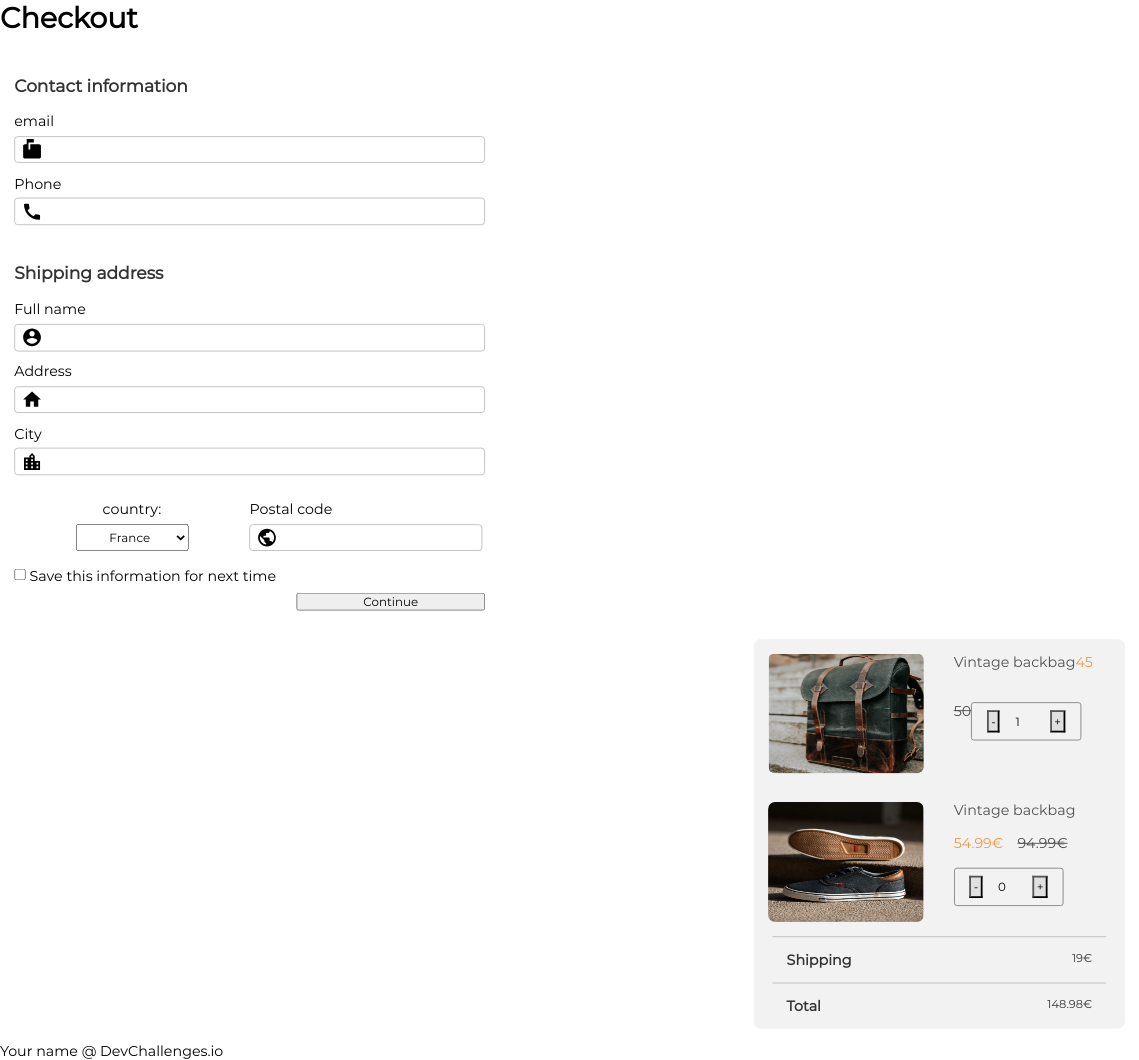
Repository: dubar-jeremy/checkout-page-master
Page: index.html
The author's editor kept a copy of each file at every save. The page is drawn from the files as they stood at one save, then again after the next save.
The browser window is 1280 px wide. The pictures show the whole page, at 89% of full size.
The style sheet was rebuilt from its Sass, Less or Tailwind sources for each picture, by a compiler version that may differ from the author's.

Above is the page before, as saved 2021-02-06 00:06:00.

### index.html
<!doctype html>
<html lang="fr">
<head>
  <meta charset="UTF-8">
  <meta name="viewport"
        content="width=device-width, user-scalable=no, initial-scale=1.0, maximum-scale=1.0, minimum-scale=1.0">
  <meta http-equiv="X-UA-Compatible" content="ie=edge">
  <link rel="stylesheet" href="style/style.css">
  <link href="https://fonts.googleapis.com/icon?family=Material+Icons"
        rel="stylesheet">
  <title>Document</title>
  <script src="js/form.js" type="text/javascript"></script>
</head>
<body>

<main>
  <h1>Checkout</h1>
  <div class="grid-container">
    <form>
      <h2>Contact information</h2>
      <div>
      <label for="email">email</label>
      <input class="email" type="email" name="email" id="email">
      <span class="invalid valid" id="email">E-mail invalide</span>
      </div>

      <div>
      <label for="tel">Phone</label>
      <input class="tel" type="tel" name="tel" id="tel">
      <span class="invalid">Numéro inccorect</span>
      </div>

      <h2>Shipping address</h2>

      <div>
      <label for="name">Full name</label>
      <input class="name" type="text" name="name" id="name">
      <span class="invalid">Champ obligatoire</span>
      </div>

      <div>
      <label for="address">Address</label>
      <input class="address" type="text" name="address" id="address">
      <span class="invalid">Champ obligatoire</span>
      </div>

      <div>
      <label for="city">City</label>
      <input class="city" type="text" name="city" id="city">
      <span class="invalid">Champ obligatoire</span>
      </div>


      <div class="form-btn">
        <div class="select-country">
          <label for="country">country:</label>
          <select id="country">
            <option value="france">France</option>
            <option value="england">Angleterre</option>
            <option value="spain">Espagne</option>
          </select>
          <span class="invalid">Champ obligatoire</span>
        </div>
        <div class="input-postal-code">
          <label for="postalCode">Postal code</label>
          <input class="postal-code" type="text" name="postalCode" id="postalCode">
          <span class="invalid">Champ obligatoire</span>
        </div>
      </div>

      <div>
        <input type="checkbox">
        <label>Save this information for next time</label>
      </div>
      <button type="submit">Continue</button>
    </form>
    <div class="checkout-container">
      <div class="inner-block">
        <img src="img/photo1.png">
        <div class="details-article">
          <h2>Vintage backbag</h2>
          <span class="new-price">54.99€</span>
          <span class="old-price">94.99€</span>
          <div class="click">
            <button class="nbr-article minus btn">-</button>
            <input type="text" value="0" class="nbr-value quantity">
            <button class="nbr-article plus btn">+</button>
          </div>
        </div>
        <img src="img/photo2.png">
        <div class="details-article">
          <h2>Vintage backbag</h2>
          <span class="new-price">54.99€</span>
          <span class="old-price">94.99€</span>
          <div class="click">
            <button class="nbr-article plus btn">-</button>
            <input type="text" value="0" class="nbr-value">
            <button class="nbr-article minus btn">+</button>
          </div>
        </div>
      </div>
      <div class="price-part">
        <p>Shipping</p>
        <p>19€</p>
      </div>
      <div class="price-part">
        <p>Total</p>
        <p>148.98€</p>
      </div>
      <div>
      </div>
    </div>
</main>
<footer>
  <p>Your name @ DevChallenges.io</p>
</footer>
</body>
</html>

### js/form.js
window.onload = function () {
  const plus = document
    .querySelector(".plus")
    .addEventListener("click", increase);
  const minus = document
    .querySelector(".minus")
    .addEventListener("click", decrease);

  let i = 0;
  let initialPrice = 50;
  let priceAfterDiscount = increase();

  function increase() {
    // price * 10 / 100 = 10% reduce
    i++;

    let items = (document.querySelector(".nbr-value").value = i);
    let qty = parseInt(items);
    let newPrice = initialPrice * qty;
    let priceBeforeDiscount = newPrice;
    document.querySelector(".old-price").innerHTML = priceBeforeDiscount;
    newPrice -= (newPrice * 10) / 100;
    let priceAfterDiscount = newPrice;
    document.querySelector(".new-price").innerHTML = priceAfterDiscount;
    return priceAfterDiscount;
  }

  function decrease() {
    if (i >= 1) {
      i--;
      let items = (document.querySelector(".nbr-value").value = i);
      let qty = parseInt(items);
      let newPrice = initialPrice * qty;
      document.querySelector(".new-price").innerHTML = newPrice;
      let oldPrice = qty * priceAfterDiscount;
      document.querySelector(".old-price").innerHTML = oldPrice;
      console.log(oldPrice);
    }
  }
};

### style/style.scss
/*
Colors, fonts & reset
*/

$main-title: #4e5150;
$sub-title: #333333;
$btn-price: #f2994a;

$form-title: #4f4f4f;
$form-placeholder: #828282;

$background-nbr-article: #e0e0e0;

$background-price: #f2f2f2;

@font-face {
  font-family: "Montserrat";
  src: url("/fonts/Montserrat/Montserrat-Regular.ttf") format("truetype");
}

* {
  margin: 0;
  padding: 0;
  box-sizing: border-box;
  font-family: "Montserrat", sans-serif;
}

/*
  Main area
*/

.grid-container {
  display: grid;
  grid-template-columns: 1fr;
  margin: 1em;
  grid-gap: 2em;
  h1 {
    display: inline;
    grid-row: 1 / 2;
    color: $main-title;
    font-size: 1.5em;
    margin-bottom: 0.8em;
  }
}

form {
  display: flex;
  flex-direction: column;

  h2 {
    color: $sub-title;
    font-size: 1.2em;
    margin-top: 1.5em;
    margin-bottom: 1em;
  }

  input {
    width: 100%;
    margin-bottom: 1em;
    margin-top: 0.5em;
  }

  input[type="checkbox"] {
    width: inherit;
  }

  @mixin iconStyle {
    background-color: transparent;
    background-repeat: no-repeat;
    background-position: 0.5em center;
    padding-left: 2.5em;
    height: 2.3em;
    border: 0.09em solid #bdbdbd;
    border-radius: 0.3em;
  }

  .email {
    @include iconStyle;
    background-image: url("../icons/markunread_mailbox-24px.svg");
  }
  .tel {
    @include iconStyle;
    background-image: url("../icons/call-24px.svg");
  }
  .name {
    @include iconStyle;
    background-image: url("../icons/account_circle-24px.svg");
  }
  .address {
    @include iconStyle;
    background-image: url("../icons/home-24px.svg");
  }
  .city {
    @include iconStyle;
    background-image: url("../icons/location_city-24px.svg");
  }
  .postal-code {
    @include iconStyle;
    width: 99%;
    background-image: url("../icons/public-24px.svg");
  }

  .form-btn {
    width: 100%;
    display: flex;
    justify-content: space-between;
    margin-top: 1em;
    flex-wrap: wrap;
    align-items: center;

    .select-country {
      flex-basis: 50%;
      display: flex;
      flex-wrap: wrap;
      justify-content: center;

      label {
        width: 100%;
        text-align: center;
      }

      select {
        height: 2.3em;
        padding-left: 2.5em;
        margin-bottom: 1em;
        margin-top: 0.5em;
      }
    }

    .input-postal-code {
      flex-basis: 50%;
    }
  }

  button {
    width: 40%;
    align-self: end;
  }
}

.checkout-container {
  grid-row: 2 / 3;
  background: $background-price;
  border-radius: 0.5em;
}

.inner-block {
  display: grid;
  grid-template-columns: 1fr 1fr;
  grid-gap: 2em;
  max-width: 385px;
  max-height: 535px;
  margin: 1em;

  h2 {
    color: $main-title;
    display: inline;
    font-size: 1em;
    font-weight: normal;
  }

  img {
    width: 100%;
    max-width: 175px;
    max-height: 135px;
    border-radius: 0.5em;
  }

  .details-article {
    display: flex;
    flex-wrap: wrap;

    .new-price {
      color: $btn-price;
      margin-right: 1em;
    }

    .old-price {
      color: $main-title;
      text-decoration: line-through;
    }

    .click {
      display: flex;
      justify-content: space-around;
      width: 70%;
      height: min-content;
      background: transparent;
      border: 0.1em solid $form-placeholder;
      border-radius: 0.2em;
      padding: 0.5em;

      input {
        background: transparent;
        width: 20%;
        border: none;
      }

      .nbr-article {
        background: $background-nbr-article;
        padding: 0.2em;
      }
    }
  }
}

.price-part {
  display: flex;
  justify-content: space-between;
  width: 90%;
  margin: 0 auto;
  padding: 1em;
  border-top: 1px solid #bdbdbd;
  color: #333333;

  p:nth-child(1) {
    color: $sub-title;
    font-weight: bold;
  }

  p:nth-child(2) {
    font-size: 0.8em;
  }
}

.invalid {
  display: none;
  color: red;
}

.valid {
  color: green;
}

@media screen AND (min-width: 900px) {
  .grid-container {
    grid-template-columns: 1fr;
    justify-items: start;
  }

  .form {
    grid-column: 1 / 2;
  }
  .checkout-container {
    grid-column: 2 / -1;
  }
}

After the next save:
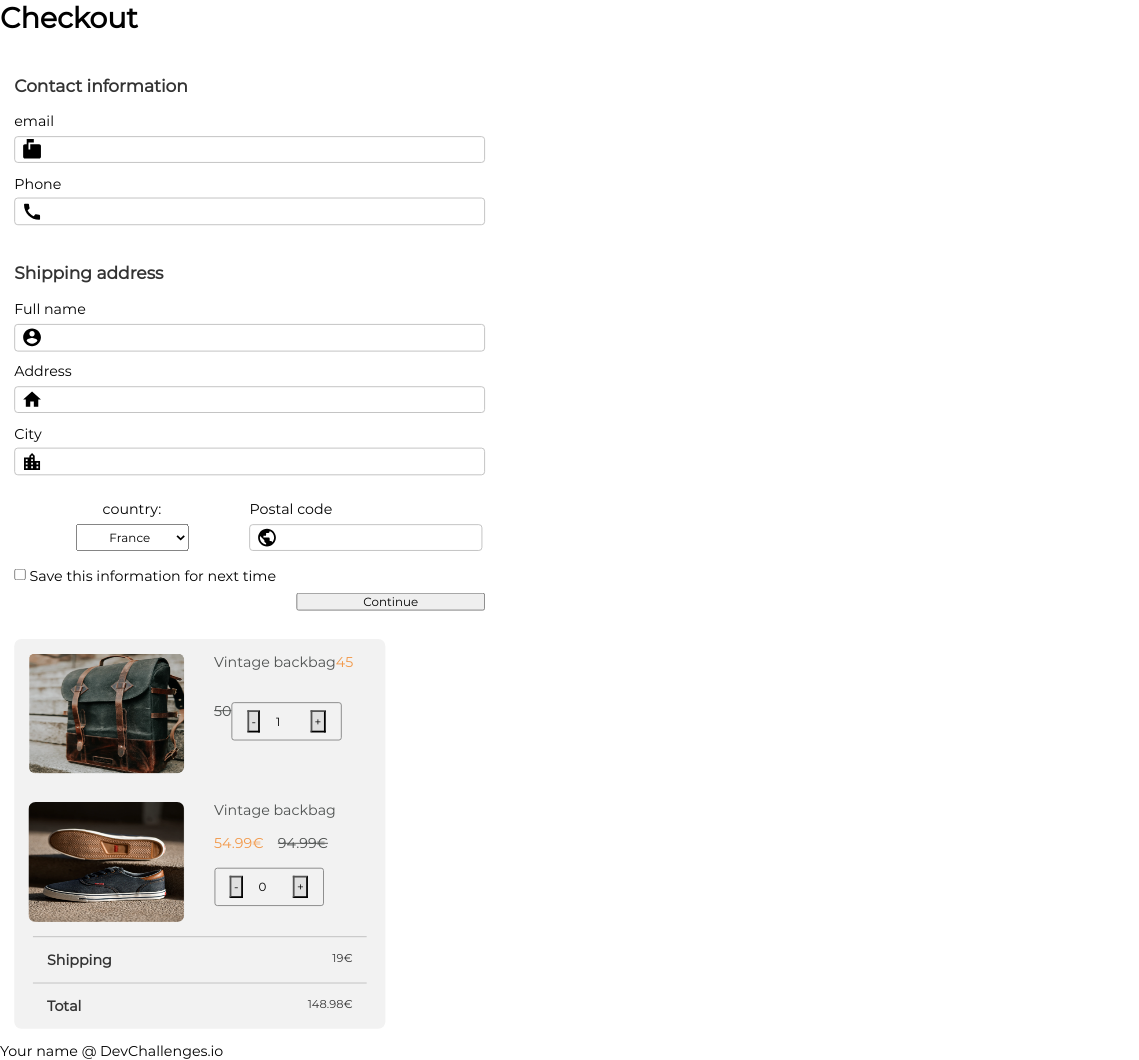
Saved 30 s later.
--- a/style/style.scss
+++ b/style/style.scss
@@ -241,7 +241,4 @@ form {
   .form {
     grid-column: 1 / 2;
   }
-  .checkout-container {
-    grid-column: 2 / -1;
-  }
-}
+}
